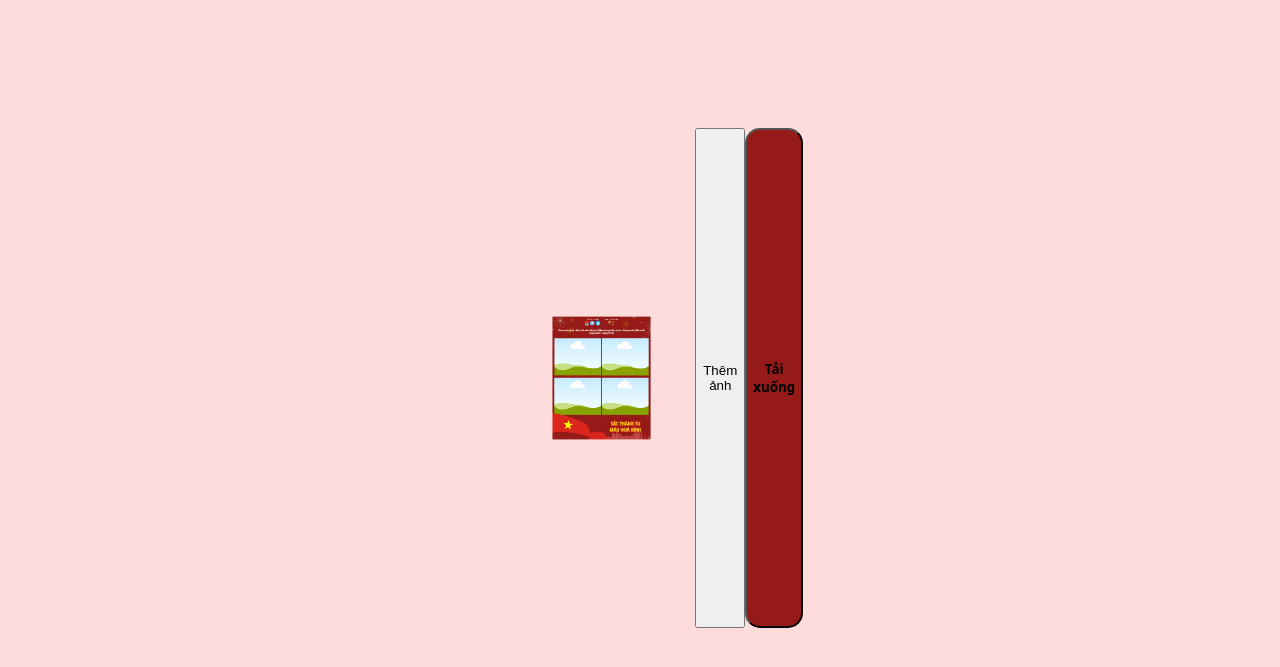
Repository: nguyentambinh/tuoitretdmu
Page: http://localhost/
The author's editor kept a copy of each file at every save. The page is drawn from the files as they stood at one save, then again after the next save.
The browser window is 1280 px wide. The pictures show the whole page.
The page is run by PHP 8.4 with error messages shown; the project is at /var/www/html/.

Above is the page before, as saved 2025-04-10 12:48:45.

### index.php
<!DOCTYPE html>
<html lang="en">
<head>
    <meta charset="UTF-8">
    <meta name="viewport" content="width=device-width, initial-scale=1.0">
    <link rel="stylesheet" href="main.css">
    <script src="main.js"></script>
    <title></title>
</head>
<body>
    <div class = "container-box">
        <div class="background-box">

        </div>
        <div class="control-box">
            <button class="btn-add-picture">Thêm ảnh</button>
            <button class="btn-dowload-picture">Tải xuống</button>
        </div>
    </div>

</body>
</html>

### main.css
body{
    background-color: #ffdcdc;
    width: 80%;
    margin: 0 auto;
    margin-top: 10%;
    align-items: center;
    display: flex;
    justify-content: center;
}

.background-box{
    display: flex;
    justify-content: center;
    width: 80%;
    height: 500px;
    background-position: center;
    background-image: url('./picture/FRAMEPHOTOBOOTH304.png');
    background-size: contain;
    background-repeat: no-repeat;
}
.container-box{
    display: grid;
    display: grid;
    grid-template-columns: 70% 30%;
    gap: 20px;
}
.control-box{
    display: flex;

}
.btn-dowload-picture{
    background-color: #961A17;
    border-radius: 15px;
    font-weight: bold;
    font-family: system-ui, -apple-system, BlinkMacSystemFont, 'Segoe UI', Roboto, Oxygen, Ubuntu, Cantarell, 'Open Sans', 'Helvetica Neue', sans-serif;
}
.btn-add-picture{

}

Loaded but not shown: main.js (no copy from this time; the picture is the same without it)

After the next save:
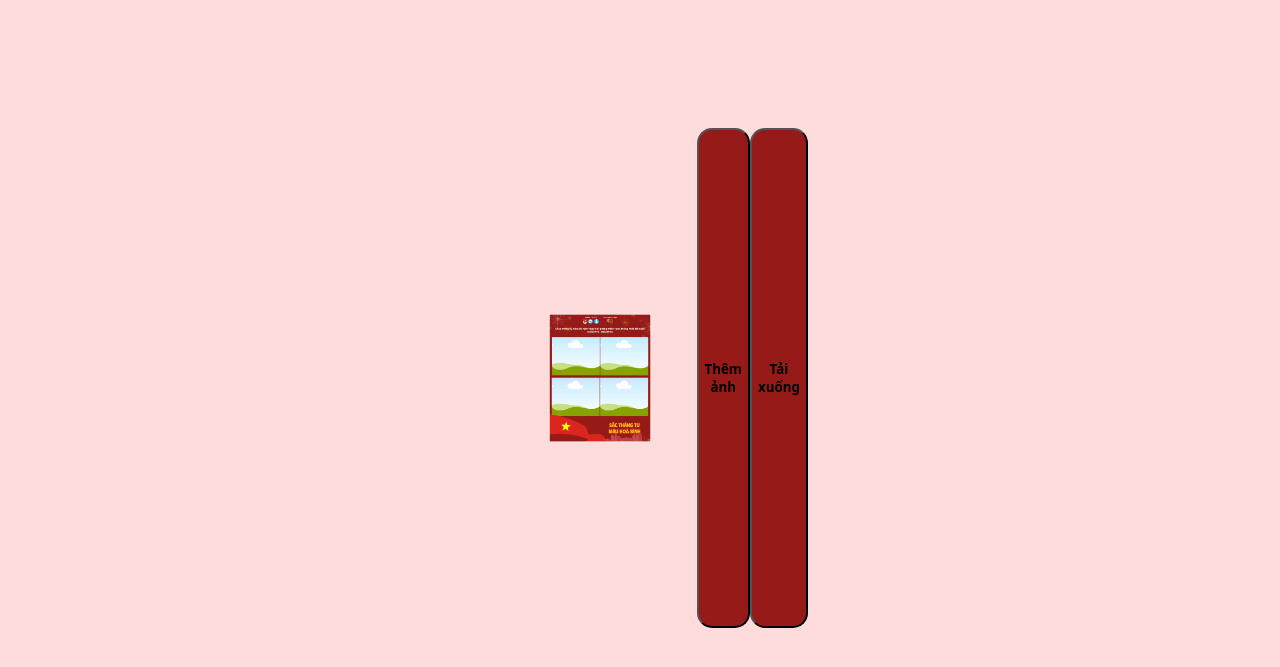
Saved 4 s later.
--- a/main.css
+++ b/main.css
@@ -35,5 +35,8 @@
     font-family: system-ui, -apple-system, BlinkMacSystemFont, 'Segoe UI', Roboto, Oxygen, Ubuntu, Cantarell, 'Open Sans', 'Helvetica Neue', sans-serif;
 }
 .btn-add-picture{
-
+    background-color: #961A17;
+    border-radius: 15px;
+    font-weight: bold;
+    font-family: system-ui, -apple-system, BlinkMacSystemFont, 'Segoe UI', Roboto, Oxygen, Ubuntu, Cantarell, 'Open Sans', 'Helvetica Neue', sans-serif;
 }
